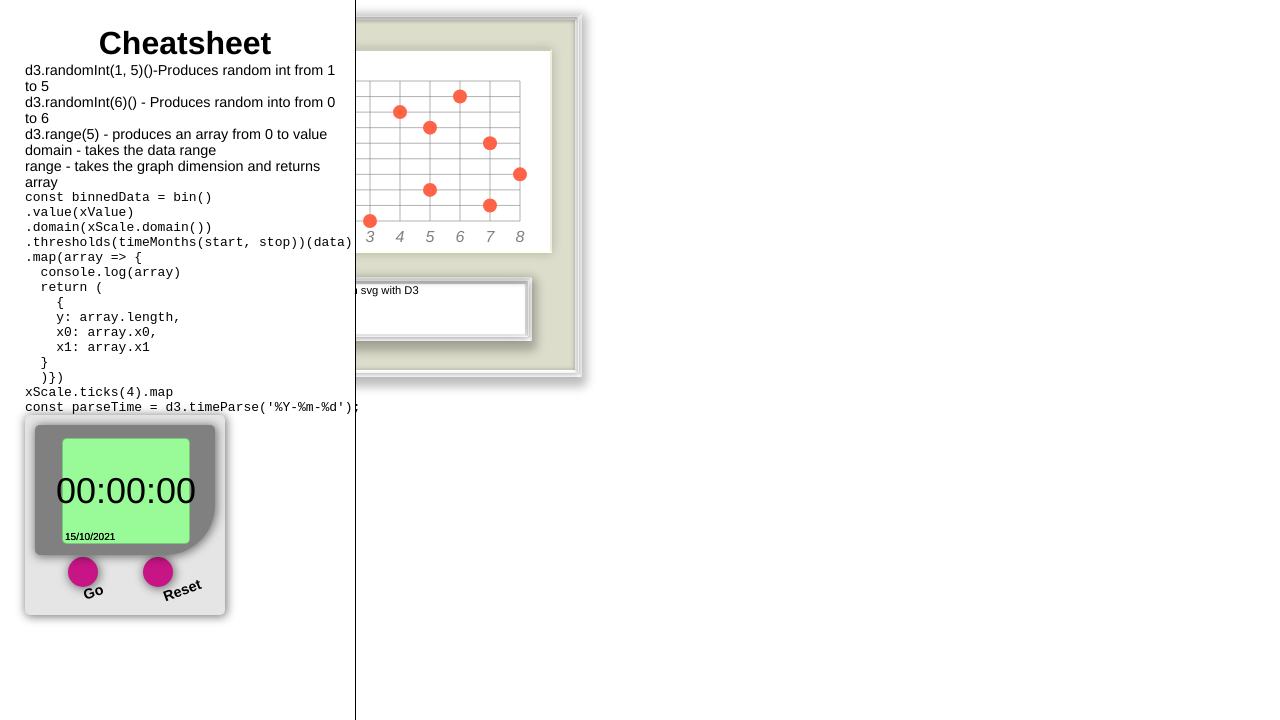
Repository: Lewisjohnward/100-days-of-d3
Page: /
The author's editor kept a copy of each file at every save. The page is drawn from the files as they stood at one save, then again after the next save.
The browser window is 1280 px wide. The pictures show the whole page.
The page's requests for data from a server got no answer. An inner scrolling area shows only its first screen. The project was rebuilt for these pictures with package versions that can differ from the ones it lists, and the page was loaded fresh each time. No one was signed in, and anything a server would have sent is missing. Also part of the build but not shown: src/charts/chart2/useGetData.js, src/charts/chart2/styles.js, src/charts/chart2/Chart.js, src/charts/chart3/useGetData.js, src/charts/chart3/styles.js, src/charts/chart3/Chart.js, src/charts/chart4/useGetData.js, src/charts/chart4/styles.js and 4 more.

Above is the page before, as saved 2021-10-20 15:29:46.

After the next save:
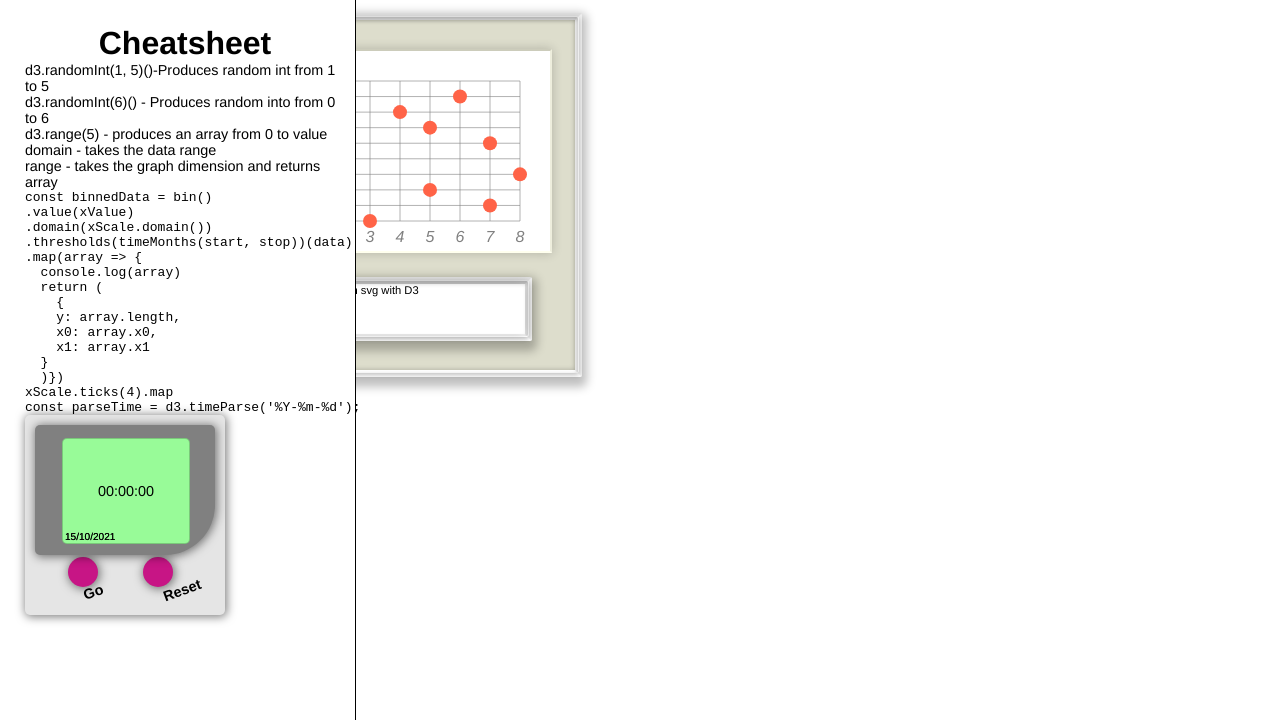
Saved 18 s later.
--- a/src/components/Timer.js
+++ b/src/components/Timer.js
@@ -50,7 +50,7 @@ const TimerContainer = styled.div`
   background: palegreen;
   border-radius: 5px;
   border: 1px solid rgba(0, 0, 0, 0.2);
-  font-size: 2.5em;
+  font-size: 1em;
 `;
 
 const ButtonContainer = styled.div`
